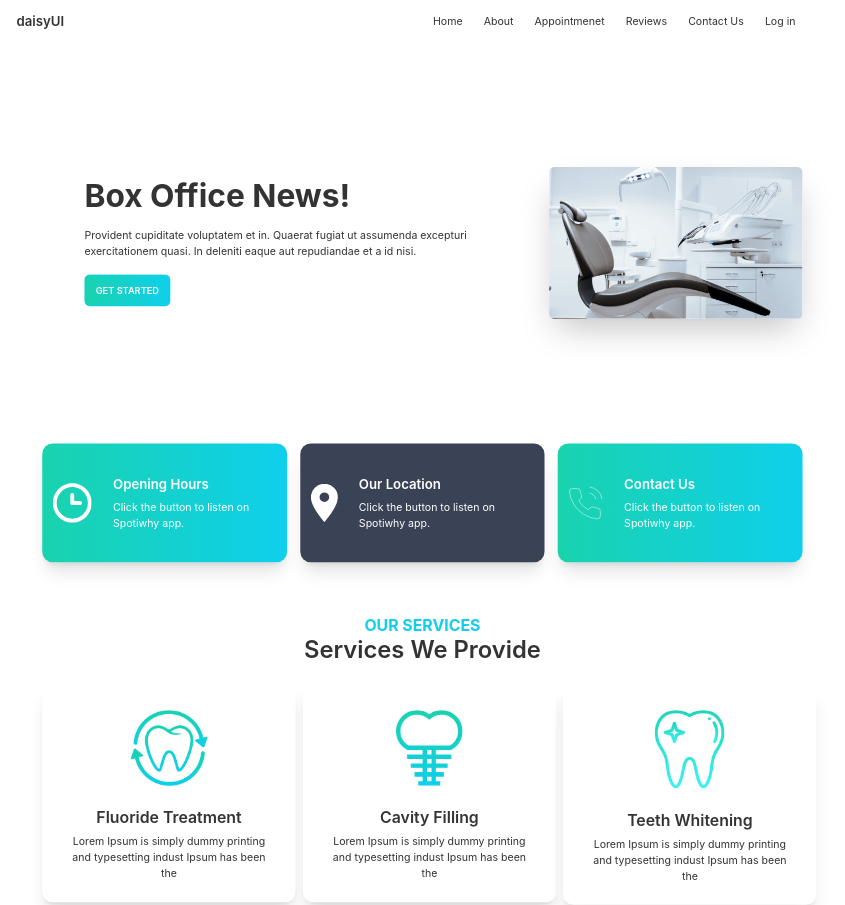
Repository: Tanvir3744/Doctors-client-website
Page: /
The author's editor kept a copy of each file at every save. The page is drawn from the files as they stood at one save, then again after a run of saves.
The browser window is 1280 px wide. The pictures show the whole page, at 66% of full size.
The project was rebuilt for these pictures with package versions that can differ from the ones it lists, and the page was loaded fresh each time. Also part of the build but not shown: src/Pages/About/About.js, src/Pages/Login/Login.js, src/Pages/NotFound/NotFound.js.

Above is the page before, as saved 2022-05-25 20:26:53.

After the next 2 saves:
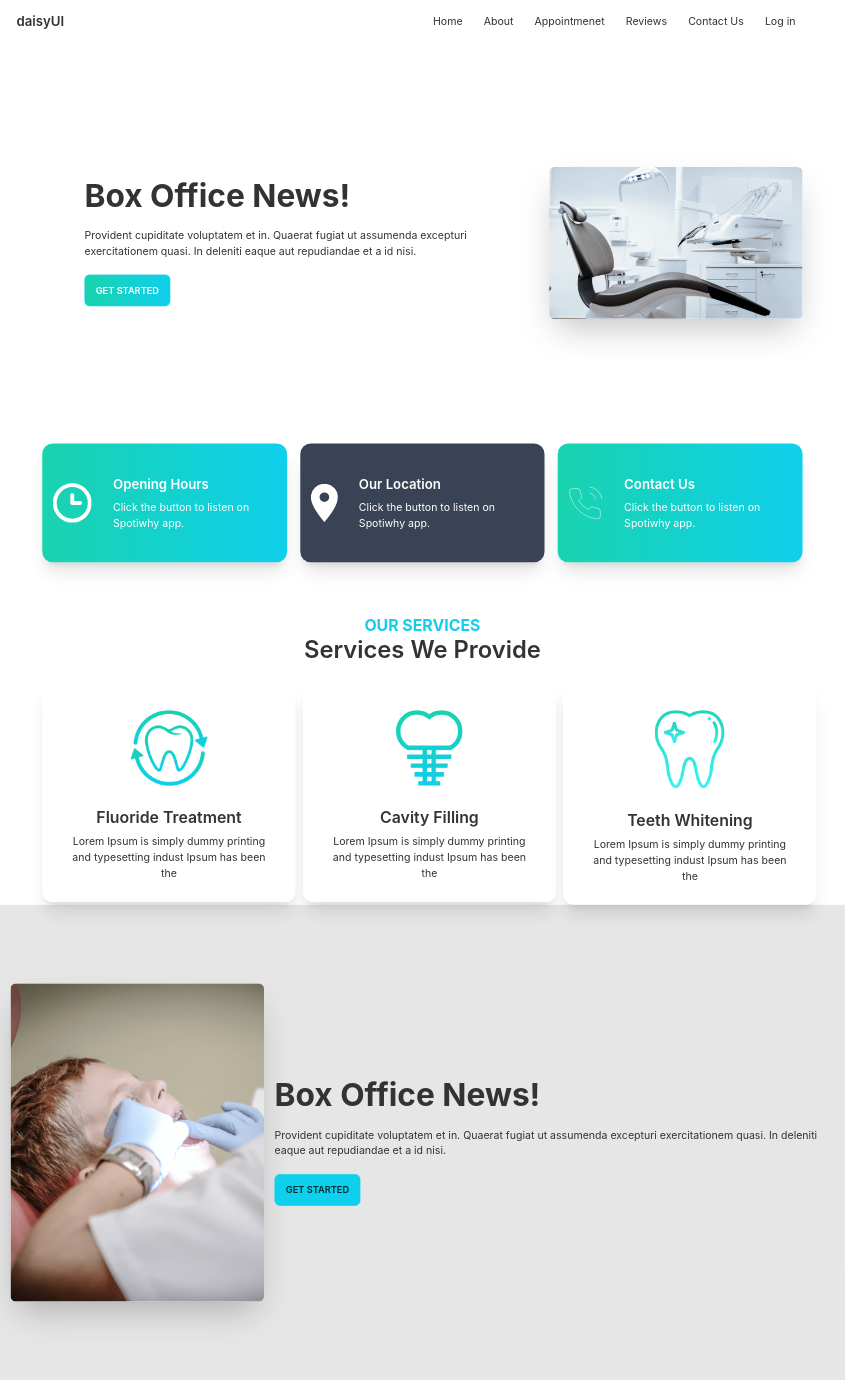
The 2 saves are shown as one change because they came seconds apart.
The last was saved 29 s later.
--- a/src/Pages/Home/Home.js
+++ b/src/Pages/Home/Home.js
@@ -1,6 +1,7 @@
 import React from 'react';
 import InfoCards from '../../components/InfoCards';
 import Banner from './Banner/Banner';
+import ServiceHero from './ServiceHero';
 import Services from './Services';
 
 const Home = () => {
@@ -9,6 +10,7 @@ const Home = () => {
             <Banner />
             <InfoCards />
             <Services />
+            <ServiceHero />
         </div>
     );
 };
